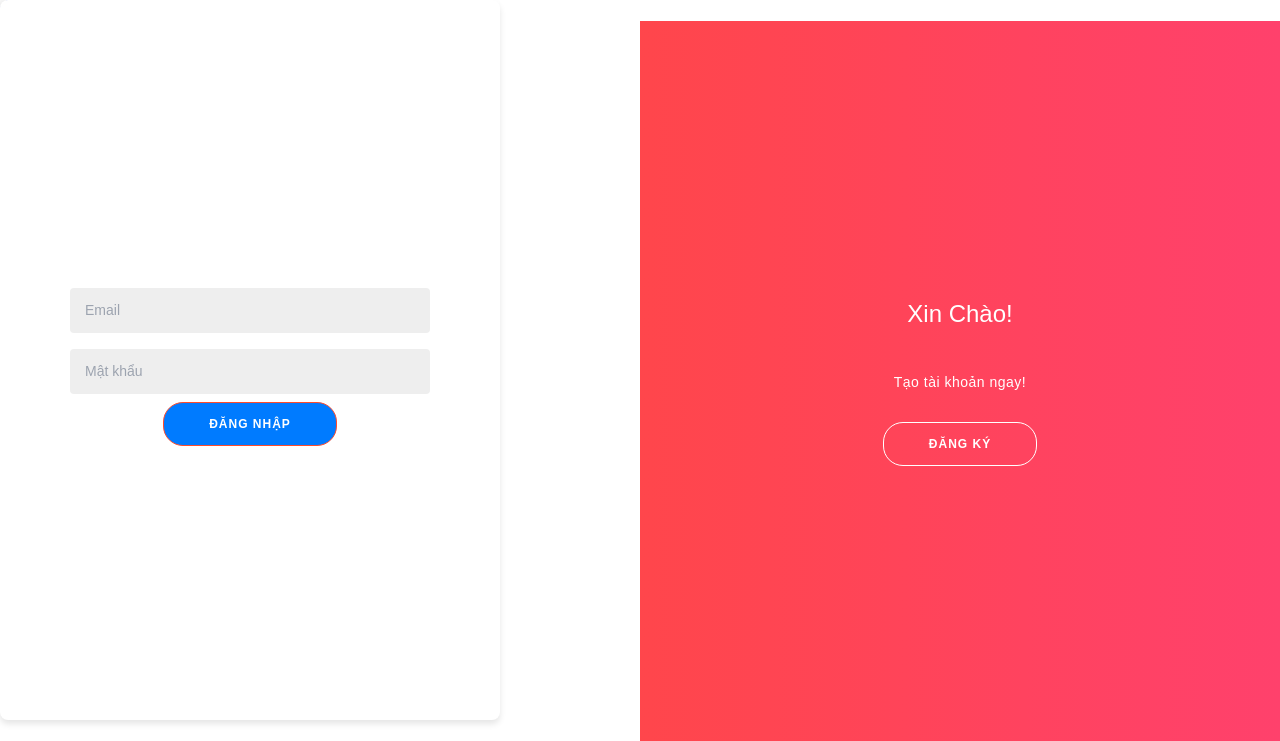
Repository: BlackWolf2002/project_airbn_react
Page: /login
An editor plug-in stored every save of this project. The page is shown before and after the next save, followed by the edit.
The browser window is 1280 px wide. The pictures show the whole page.
The project was rebuilt for these pictures with package versions that can differ from the ones it lists, and the page was loaded fresh each time. Also part of the build but not shown: vite.config.js, src/api/apiService.js, src/style/Home.css, src/components/Navbar.jsx, src/style/Footer.css, src/components/Footer.jsx, src/components/Home.jsx, src/style/Admin.css and 18 more.

Above is the page before, as saved 2025-02-16 17:45:53.

### src/App.jsx
import React from "react";
import {
    BrowserRouter as Router,
    Route,
    Routes,
    Navigate,
} from "react-router-dom";
import { AuthProvider } from "./contexts/AuthContext";
import Home from "./components/Home";
import Login from "./pages/Login";
import AdminPage from "./pages/AdminPage";
import AdminRoute from "./routes/AdminRoute";
import RoomManagement from "./pages/RoomManagement";
import ViTri from "./pages/ViTri";
import BookingManagement from "./pages/BookingManagement";

function App() {
    return (
        <AuthProvider>
            <Router>
                <Routes>
                    <Route path="/" element={<Home />} />
                    <Route path="/login" element={<Login />} />
                    <Route path="/register" element={<Login />} />

                    {/* Nếu vào /admin, tự động chuyển hướng đến /admin/users */}
                    <Route
                        path="/admin"
                        element={<Navigate to="/admin/users" />}
                    />

                    {/* Route cho trang Admin */}
                    <Route
                        path="/admin/users"
                        element={
                            <AdminRoute>
                                <AdminPage />
                            </AdminRoute>
                        }
                    />

                    {/* Route cho quản lý Room */}
                    <Route
                        path="/admin/rooms"
                        element={
                            <AdminRoute>
                                <RoomManagement />
                            </AdminRoute>
                        }
                    />

                    {/* Route cho quản lý Vị Trí*/}
                    <Route
                        path="/admin/locations"
                        element={
                            <AdminRoute>
                                <ViTri />
                            </AdminRoute>
                        }
                    />

                    {/* Route cho quản lý Booking*/}
                    <Route
                        path="/admin/bookings"
                        element={
                            <AdminRoute>
                                <BookingManagement />
                            </AdminRoute>
                        }
                    />
                </Routes>
            </Router>
        </AuthProvider>
    );
}

export default App;

### src/contexts/AuthContext.jsx
import React, { createContext, useState, useEffect } from "react";

export const AuthContext = createContext();

export const AuthProvider = ({ children }) => {
    const [user, setUser] = useState(null);

    useEffect(() => {
        try {
            const storedUser = localStorage.getItem("user");
            if (storedUser) {
                setUser(JSON.parse(storedUser)); // Kiểm tra JSON trước khi parse
            }
        } catch (error) {
            console.error("Lỗi parse JSON:", error);
            localStorage.removeItem("user"); // Xóa dữ liệu lỗi
        }
    }, []);

    const loginUser = (userData) => {
        setUser(userData);
        localStorage.setItem("user", JSON.stringify(userData));
    };

    const logoutUser = () => {
        setUser(null);
        localStorage.removeItem("user");
        localStorage.removeItem("token");
    };

    return (
        <AuthContext.Provider value={{ user, loginUser, logoutUser }}>
            {children}
        </AuthContext.Provider>
    );
};

### src/pages/Login.jsx
import React, { useState, useContext } from "react";
import { AuthContext } from "../contexts/AuthContext";
import { login, register } from "../api/authService";
import { useNavigate } from "react-router-dom";
import "../style/Login.css";

const Login = () => {
    const { loginUser } = useContext(AuthContext);
    const navigate = useNavigate();

    const [formData, setFormData] = useState({ email: "", password: "" });
    const [isLogin, setIsLogin] = useState(true);
    const [message, setMessage] = useState("");

    const handleChange = (e) => {
        setFormData({ ...formData, [e.target.name]: e.target.value });
    };

    const handleSubmit = async (e) => {
        e.preventDefault();
        try {
            if (isLogin) {
                const data = await login(formData.email, formData.password);

                if (!data || !data.user) {
                    setMessage("Email hoặc mật khẩu không đúng!");
                    return;
                }

                loginUser(data.user);
                localStorage.setItem("token", data.token);
                localStorage.setItem("user", JSON.stringify(data.user));

                if (data.user.role === "ADMIN") {
                    navigate("/admin");
                } else {
                    navigate("/");
                }
            } else {
                await register(formData);
                setMessage("Đăng ký thành công! Hãy đăng nhập.");
                setIsLogin(true);
            }
        } catch (error) {
            console.error("Lỗi API:", error);
            setMessage("Có lỗi xảy ra! Vui lòng thử lại.");
        }
    };

    return (
        <div className="container-login" id="container">
            <div
                className={`form-container ${
                    isLogin ? "sign-in-container" : "sign-up-container"
                }`}
            >
                <form onSubmit={handleSubmit}>
                    <h1>{isLogin ? "Đăng Nhập" : "Đăng Ký"}</h1>
                    {!isLogin && (
                        <>
                            <input
                                type="text"
                                name="name"
                                placeholder="Tên"
                                onChange={handleChange}
                                required
                            />
                            <input
                                type="text"
                                name="phone"
                                placeholder="Số điện thoại"
                                onChange={handleChange}
                                required
                            />
                            <input
                                type="date"
                                name="birthday"
                                onChange={handleChange}
                                required
                            />
                            <select name="gender" onChange={handleChange}>
                                <option value={true}>Nam</option>
                                <option value={false}>Nữ</option>
                            </select>
                        </>
                    )}
                    <input
                        type="email"
                        name="email"
                        placeholder="Email"
                        onChange={handleChange}
                        required
                    />
                    <input
                        type="password"
                        name="password"
                        placeholder="Mật khẩu"
                        onChange={handleChange}
                        required
                    />
                    <button type="submit">
                        {isLogin ? "Đăng Nhập" : "Đăng Ký"}
                    </button>
                    <p className="message">{message}</p>
                </form>
            </div>

            <div className="overlay-container">
                <div className="overlay">
                    <div className="overlay-panel overlay-left">
                        <h1>Chào Mừng Trở Lại!</h1>
                        <p>Để tiếp tục, hãy đăng nhập</p>
                        <button
                            className="ghost"
                            onClick={() => setIsLogin(true)}
                        >
                            Đăng Nhập
                        </button>
                    </div>
                    <div className="overlay-panel overlay-right">
                        <h1>Xin Chào!</h1>
                        <p>Tạo tài khoản ngay!</p>
                        <button
                            className="ghost"
                            onClick={() => setIsLogin(false)}
                        >
                            Đăng Ký
                        </button>
                    </div>
                </div>
            </div>
        </div>
    );
};

export default Login;

### src/api/authService.js
import axios from "axios";

const API_URL = "https://airbnbnew.cybersoft.edu.vn/api/auth";
const TOKEN_CYBERSOFT =
    "eyJhbGciOiJIUzI1NiIsInR5cCI6IkpXVCJ9.eyJ0ZW5Mb3AiOiJOb2RlanMgNDgiLCJIZXRIYW5TdHJpbmciOiIxNi8wOC8yMDI1IiwiSGV0SGFuVGltZSI6IjE3NTUzMDI0MDAwMDAiLCJuYmYiOjE3MzU5MjM2MDAsImV4cCI6MTc1NTQ1MDAwMH0.qhz1imNFTn5VsERO5GZAfbkm944w0Vguuy5WQFo_d0Y";

// Hàm đăng nhập
export const login = async (email, password) => {
    try {
        const response = await axios.post(
            "https://airbnbnew.cybersoft.edu.vn/api/auth/signin",
            { email, password },
            {
                headers: {
                    "Content-Type": "application/json",
                    TokenCybersoft: TOKEN_CYBERSOFT,
                },
            }
        );

        if (response.data && response.data.content) {
            const { token, user } = response.data.content;

            localStorage.removeItem("token"); // Chỉ xóa token cũ
            localStorage.setItem("token", token);
            localStorage.setItem("user", JSON.stringify(user));

            console.log("✅ Token mới đã được lưu:", token);
            return { token, user };
        } else {
            throw new Error("Đăng nhập thất bại.");
        }
    } catch (error) {
        console.error("❌ Lỗi đăng nhập:", error);
        throw error.response ? error.response.data : error;
    }
};

// Hàm đăng ký
export const register = async (userData) => {
    try {
        const response = await axios.post(`${API_URL}/signup`, userData, {
            headers: {
                "Content-Type": "application/json",
                TokenCybersoft: TOKEN_CYBERSOFT,
            },
        });

        return response.data;
    } catch (error) {
        console.error("Lỗi đăng ký:", error);
        throw error.response ? error.response.data : error;
    }
};

### src/style/Login.css
.container-login {
    background: linear-gradient(135deg, #667eea, #764ba2);
    border-radius: 10px;
    box-shadow: 0 10px 30px rgba(0, 0, 0, 0.3);
    max-width: 400px;
    padding: 40px;
    color: white;
    font-family: "Montserrat", sans-serif;
}

.container-login h1 {
    font-size: 24px;
    margin-bottom: 20px;
}

.container-login p {
    font-size: 14px;
    font-weight: 100;
    line-height: 20px;
    letter-spacing: 0.5px;
    margin: 20px 0 30px;
}

.container-login a {
    color: #333;
    font-size: 14px;
    text-decoration: none;
    margin: 15px 0;
}

.container-login button {
    border-radius: 20px;
    border: 1px solid #ff4b2b;
    background-color: #ff4b2b;
    color: #ffffff;
    font-size: 12px;
    font-weight: bold;
    padding: 12px 45px;
    letter-spacing: 1px;
    text-transform: uppercase;
    transition: transform 80ms ease-in;
}

.container-login button:active {
    transform: scale(0.95);
}

.container-login button:focus {
    outline: none;
}

.container-login button.ghost {
    background-color: transparent;
    border-color: #ffffff;
}

.container-login form {
    background-color: #ffffff;
    display: flex;
    align-items: center;
    justify-content: center;
    flex-direction: column;
    padding: 0 50px;
    height: 100%;
    text-align: center;
}

.container-login input {
    background-color: #eee;
    border: none;
    padding: 12px 15px;
    margin: 8px 0;
    width: 100%;
}

.container-login .form-container {
    position: absolute;
    top: 0;
    height: 100%;
    transition: all 0.6s ease-in-out;
}

.sign-in-container {
    left: 0;
    width: 50%;
    z-index: 2;
}

.container-login.right-panel-active .sign-in-container {
    transform: translateX(100%);
}

.sign-up-container {
    left: 0;
    width: 50%;
    /* opacity: 0; */
    /* z-index: 1; */
    opacity: 1; /* Đảm bảo opacity luôn là 1 */
    z-index: 1;
    transition: transform 0.6s ease-in-out; /* Chuyển động mượt mà */
}

.container-login.right-panel-active .sign-up-container {
    transform: translateX(100%);
    opacity: 1;
    z-index: 5;
    /* animation: show 0.6s; */
}

@keyframes show {
    0%,
    49.99% {
        opacity: 0;
        z-index: 1;
    }

    50%,
    100% {
        opacity: 1;
        z-index: 5;
    }
}

.overlay-container {
    position: absolute;
    top: 21px;
    left: 50%;
    width: 50%;
    height: 100%;
    overflow: hidden;
    transition: transform 0.6s ease-in-out;
    z-index: 100;
}

.container-login.right-panel-active .overlay-container {
    transform: translateX(-100%);
}

.overlay {
    background: #ff416c;
    background: -webkit-linear-gradient(to right, #ff4b2b, #ff416c);
    background: linear-gradient(to right, #ff4b2b, #ff416c);
    background-repeat: no-repeat;
    background-size: cover;
    background-position: 0 0;
    color: #ffffff;
    position: relative;
    left: -100%;
    height: 100%;
    width: 200%;
    transform: translateX(0);
    transition: transform 0.6s ease-in-out;
}

.container-login.right-panel-active .overlay {
    transform: translateX(50%);
}

.overlay-panel {
    position: absolute;
    display: flex;
    align-items: center;
    justify-content: center;
    flex-direction: column;
    padding: 0 40px;
    text-align: center;
    top: 0;
    height: 100%;
    width: 50%;
    transform: translateX(0);
    transition: transform 0.6s ease-in-out;
}

.overlay-left {
    transform: translateX(-20%);
}

.container-login.right-panel-active .overlay-left {
    transform: translateX(0);
}

.overlay-right {
    right: 0;
    transform: translateX(0);
}

.container-login.right-panel-active .overlay-right {
    transform: translateX(20%);
}

.container-login .social-container {
    margin: 20px 0;
}

### src/style/RoomForm.css
.form-overlay {
    position: fixed;
    top: 0;
    left: 0;
    width: 100%;
    height: 100%;
    background: rgba(0, 0, 0, 0.5);
    display: flex;
    justify-content: center;
    align-items: center;
    z-index: 1000;
}

.form-container {
    background: #fff;
    border-radius: 8px;
    width: 500px;
    max-width: 90%;
    padding: 20px;
    box-shadow: 0 4px 6px rgba(0, 0, 0, 0.1);
    animation: fadeIn 0.3s ease-in-out;
}

@keyframes fadeIn {
    from {
        opacity: 0;
        transform: translateY(-20px);
    }
    to {
        opacity: 1;
        transform: translateY(0);
    }
}

h2 {
    margin-bottom: 20px;
    font-size: 20px;
    font-weight: bold;
    color: #333;
    text-align: center;
}

form label {
    display: block;
    font-weight: bold;
    margin-bottom: 5px;
    color: #555;
}

form input,
form select,
form textarea {
    width: 100%;
    padding: 8px 10px;
    margin-bottom: 15px;
    border: 1px solid #ddd;
    border-radius: 4px;
    font-size: 14px;
}

form input[type="file"] {
    border: none;
}

form textarea {
    resize: none;
    height: 80px;
}

form .checkbox-group {
    display: grid;
    grid-template-columns: repeat(2, 1fr);
    gap: 10px;
    margin-bottom: 15px;
}

form .checkbox-group label {
    display: flex;
    align-items: center;
    font-size: 14px;
    gap: 5px;
    font-weight: normal;
}

.form-actions {
    display: flex;
    justify-content: space-between;
    margin-top: 20px;
}

form button {
    padding: 10px 20px;
    font-size: 14px;
    border: none;
    border-radius: 4px;
    cursor: pointer;
    transition: background 0.3s;
}

form button[type="submit"] {
    background: #007bff;
    color: white;
}

form button[type="button"] {
    background: #e0e0e0;
    color: #555;
}

form button[type="submit"]:hover {
    background: #0056b3;
}

form button[type="button"]:hover {
    background: #d6d6d6;
}

### tailwind.config.js
/** @type {import('tailwindcss').Config} */
export default {
  content: ["./src/**/*.{js,jsx,ts,tsx}"],
  theme: {
      extend: {},
  },
  plugins: [],
};

Loaded but not shown: index.html (common file); src/main.jsx (common file); src/index.css (common file)

After the next save:
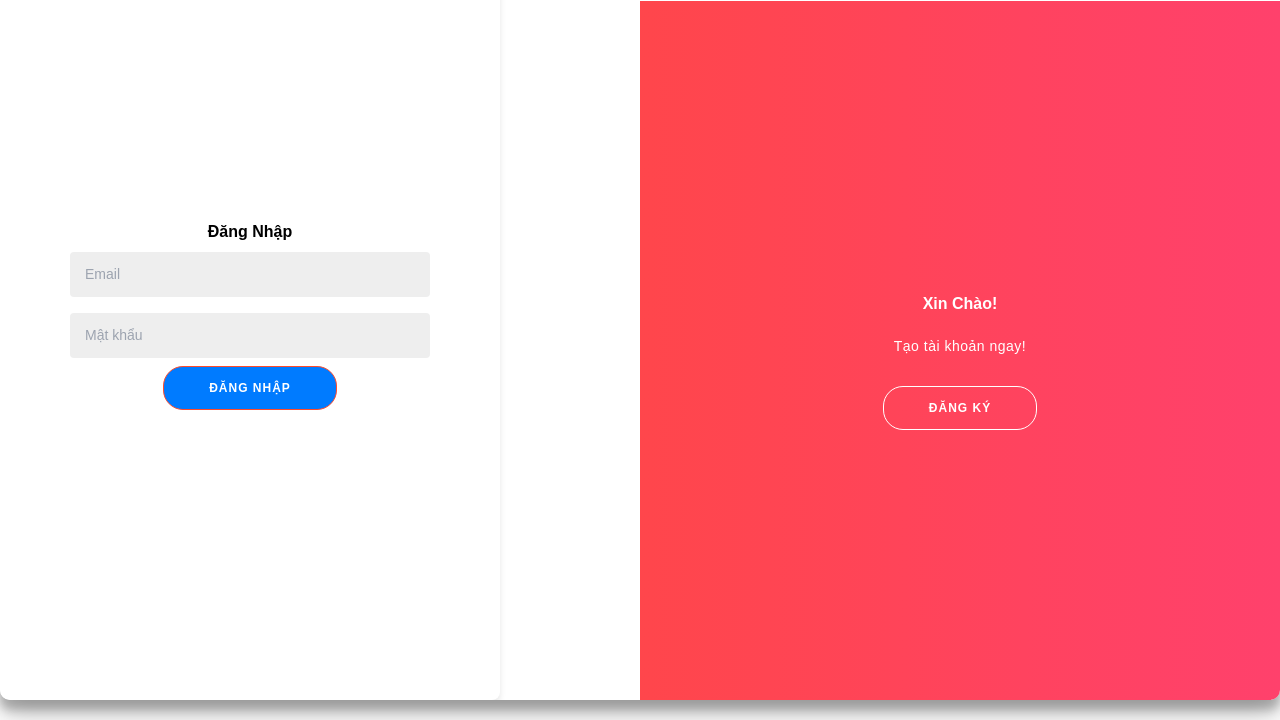
Saved 8 s later.
--- a/src/style/Login.css
+++ b/src/style/Login.css
@@ -1,16 +1,19 @@
 .container-login {
-    background: linear-gradient(135deg, #667eea, #764ba2);
+    background-color: #fff;
     border-radius: 10px;
-    box-shadow: 0 10px 30px rgba(0, 0, 0, 0.3);
-    max-width: 400px;
-    padding: 40px;
-    color: white;
+    box-shadow: 0 14px 28px rgba(0, 0, 0, 0.25), 0 10px 10px rgba(0, 0, 0, 0.22);
+    position: relative;
+    overflow: hidden;
+    max-width: 100%;
+    min-height: 480px;
     font-family: "Montserrat", sans-serif;
+    height: 100vh;
+    margin: -20px 0;
 }
 
 .container-login h1 {
-    font-size: 24px;
-    margin-bottom: 20px;
+    font-weight: bold;
+    margin: 0;
 }
 
 .container-login p {
